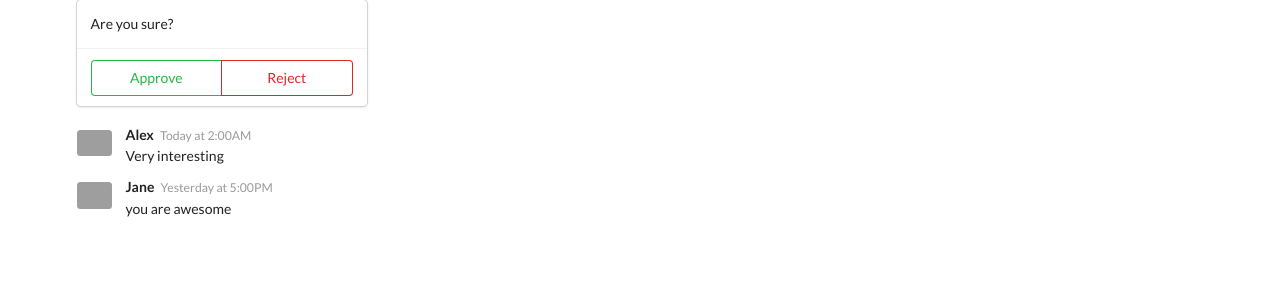
Repository: EgorSherstnev/Components
Page: /
The author's editor kept a copy of each file at every save. The page is drawn from the files as they stood at one save, then again after the next save.
The browser window is 1280 px wide. The pictures show the whole page.
Pictures or frames that could not be fetched are drawn as grey boxes. The project was rebuilt for these pictures with package versions that can differ from the ones it lists, and the page was loaded fresh each time.

Above is the page before, as saved 2022-09-19 22:23:29.

### src/index.js
import React from "react";
import  ReactDOM  from "react-dom";
import { faker } from "@faker-js/faker";
import CommentDetail from "./CommentDetail";
import ApprovalCard from "./ApprovalCard";

const App = () => {
    return (
        <div className="ui container comments">
          <ApprovalCard>
               <CommentDetail
                    author="Sam"
                    timeAgo="Today at 4:45PM"
                    content="Nice blog post"
                    avatar={faker.image.avatar()} />
          </ApprovalCard>
           <CommentDetail
                author="Alex"
                timeAgo="Today at 2:00AM"
                content="Very interesting"
                avatar={faker.image.avatar()} />
           <CommentDetail
                author="Jane"
                timeAgo="Yesterday at 5:00PM"
                content="you are awesome"
                avatar={faker.image.avatar()} />
        </div>
    );
};

ReactDOM.render(<App />, document.querySelector('#root'))

### src/CommentDetail.js
import React from "react";

const CommentDetail = props => {
    return (
        <div className="comment">
                <a href="/" className="avatar">
                    <img alt="avatar" src={props.avatar}/>
                </a>
                <div className="content">
                    <a href="/" className="author">
                        {props.author}
                    </a>
                    <div className="metadata">
                        <span className="date">{props.timeAgo}</span>
                    </div>
                    <div className="text">{props.content}</div>
                </div>
            </div>
    );
};

export default CommentDetail;

### src/ApprovalCard.js
import React from "react";

const ApprovalCard = (props) => {
    console.log(props);
    return (
        <div className="ui card">
            <div className="content">
                Are you sure?
            </div>
            <div className="extra content">
                <div className="ui two buttons">
                    <div className="ui basic green button">
                        Approve
                    </div>
                    <div className="ui basic red button">Reject</div>
                </div>
            </div>
        </div>
    );
};

export default ApprovalCard;

Loaded but not shown: public/index.html (common file)

After the next save:
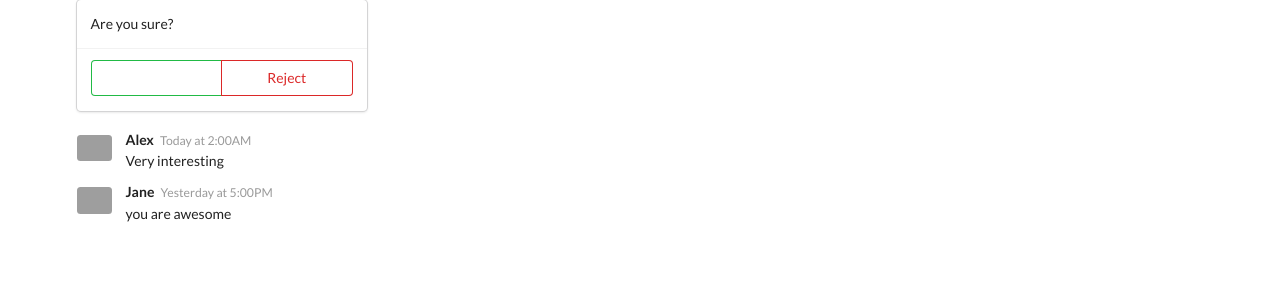
Saved 81 s later.
--- a/src/ApprovalCard.js
+++ b/src/ApprovalCard.js
@@ -10,7 +10,7 @@ const ApprovalCard = (props) => {
             <div className="extra content">
                 <div className="ui two buttons">
                     <div className="ui basic green button">
-                        Approve
+                        {props.content}
                     </div>
                     <div className="ui basic red button">Reject</div>
                 </div>
